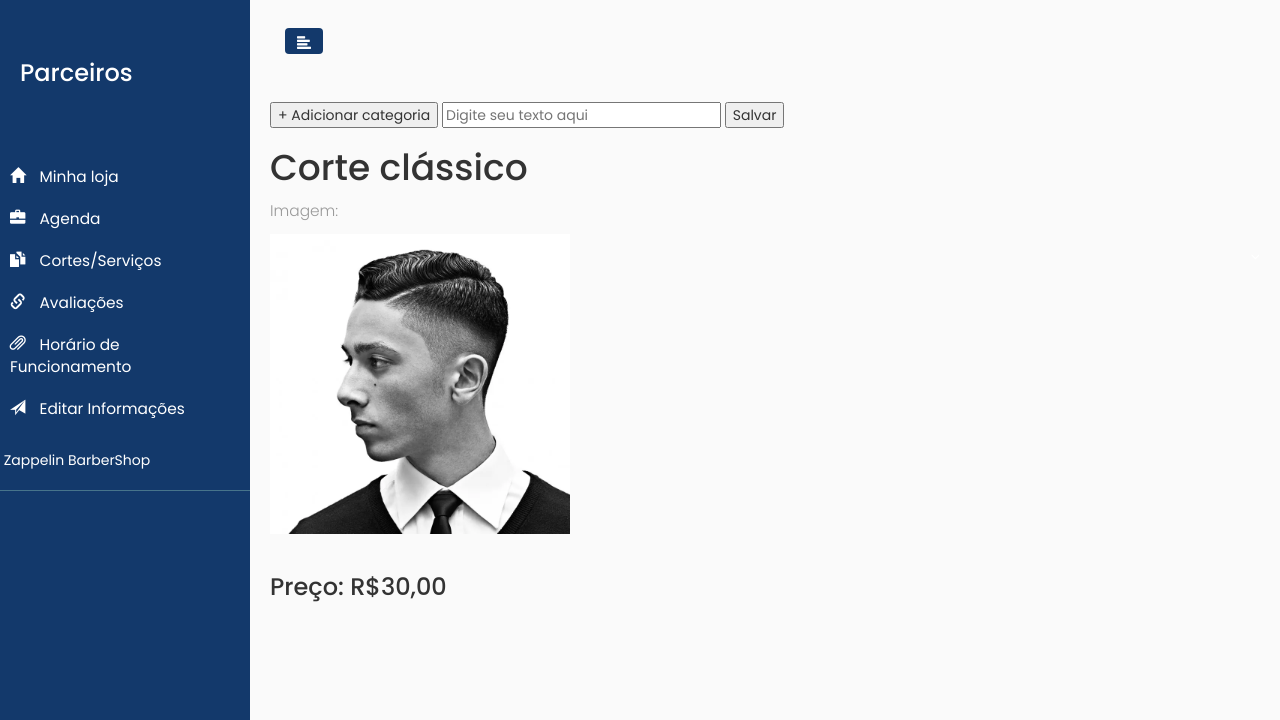
Repository: aquilesascar/barberconnect
Page: http://localhost/corteclassico.php
An editor plug-in stored every save of this project. The page is shown before and after the next save, followed by the edit.
The browser window is 1280 px wide. The pictures show the whole page.
The page is run by PHP 8.4 with error messages shown; the project is at /var/www/html/.

Above is the page before, as saved 2023-10-09 14:38:40.

### corteclassico.php
<!DOCTYPE html>
<html>

<head>
    <meta charset="utf-8">
    <meta name="viewport" content="width=device-width, initial-scale=1.0">
    <meta http-equiv="X-UA-Compatible" content="IE=edge">

    <title>Barra de tarefas</title>

    <!-- Bootstrap CSS CDN -->
    <link rel="stylesheet" href="https://maxcdn.bootstrapcdn.com/bootstrap/3.3.7/css/bootstrap.min.css">
    <!-- Our Custom CSS -->
    <link rel="stylesheet" href="../TCC/assets/css/style4.css">

</head>

<body>
    <div class="wrapper">
        <?php
        //INCLUSÃO DO MENU
        include_once('menu.php');
        ?>
        <!-- Page Content Holder -->
        <div id="content">


            <div class="container-fluid">

                <div class="navbar-header">
                    <button type="button" id="sidebarCollapse" class="btn btn-info navbar-btn">
                        <i class="glyphicon glyphicon-align-left"></i>

                    </button>
                </div>

                <div class="collapse navbar-collapse" id="bs-example-navbar-collapse-1">

                </div>
            </div>
            </nav>
            <br><br>
            <button class="categoria">+ Adicionar categoria</button>






            <input type="text" id="textoInput" placeholder="Digite seu texto aqui">
            <button onclick="salvarTexto()">Salvar</button>
            <div id="textoSalvo"></div>
            <script>
                function salvarTexto() {
                    // Obtém o valor do campo de texto
                    var texto = document.getElementById('textoInput').value;

                    // Exibe o texto na div com id 'textoSalvo'
                    document.getElementById('textoSalvo').textContent = texto;

                    // Limpa o campo de texto após salvar
                    document.getElementById('textoInput').value = '';
                }
            </script>







            <h1>Corte clássico</h1>
            <p>Imagem:</p>
            <img src="../TCC/assets/img/classiccorte.webp" alt="" class="img">
            <style>
                .img {
                    width: 300px;
                    height: auto;
                }
            </style>
            <h3>Preço: R$30,00</h3>

        </div>
    </div>

    <!-- jQuery CDN -->
    <script src="https://code.jquery.com/jquery-1.12.0.min.js"></script>
    <!-- Bootstrap Js CDN -->
    <script src="https://maxcdn.bootstrapcdn.com/bootstrap/3.3.7/js/bootstrap.min.js"></script>

    <script type="text/javascript">
        $(document).ready(function() {
            $('#sidebarCollapse').on('click', function() {
                $('#sidebar').toggleClass('active');
            });
        });
    </script>
</body>

</html>

### menu.php
<nav id="sidebar">
    <div class="sidebar-header">
        <h3>Parceiros</h3>
        <strong>BC</strong>
    </div>

    <ul class="list-unstyled components">
        <li>
            <a href="index4.php">
                <i class="glyphicon glyphicon-home"></i>
                Minha loja
            </a>

        </li>
        <li>
            <a href="agenda.php">
                <i class="glyphicon glyphicon-briefcase"></i>
                Agenda
            </a>

            <a href="corteclassico.php" aria-expanded="false">
                <i class="glyphicon glyphicon-duplicate"></i>
                Cortes/Serviços
            </a>
        </li>
        <li>
            <a href="avaliacoes.php">
                <i class="glyphicon glyphicon-link"></i>
                Avaliações
            </a>
        </li>
        <li>
            <a href="horario.php">
                <i class="glyphicon glyphicon-paperclip"></i>
                Horário de Funcionamento
            </a>
        </li>
        <li>
            <a href="#">
                <i class="glyphicon glyphicon-send"></i>
                Editar Informações
            </a>
        </li>
        <li>
            <a href="#"></a>
            <i class="glyphicon glyphicon-logout"></i>
            Zappelin BarberShop
        </li>
    </ul>

</nav>

### assets/css/style4.css
@import "https://fonts.googleapis.com/css?family=Poppins:300,400,500,600,700";

.form-check form-switch {
    text-align: justify;
}

h2 {
    padding-top: 20px;
}

h3 {
    padding-bottom: 20px;
    padding-top: 20px;
}

#sidebarCollapse {
    display: flex;
    align-items: center;
    justify-content: center;
}

#sidebarCollapse:hover {

    background-color: #05234b;
    color: white;
    align-items: center;
}

#lorem{
    color: #fafafa;
    font-size: 14px;
    user-select: none; /* Evita a seleção de texto */
    cursor: default;   /* Mantém o cursor padrão */
}


.coverImg {
    display: flex;
    justify-content: center;
}

.cover {
    border-radius: 8px;
}

.images {
    padding-bottom: 6% !important;
}

.linha{
    padding-bottom: 3%;
}

.filtros button {
    align-items: center !important;
    justify-content: center;
    border-radius: 25px !important;
    padding: 5px 17px;
    background-color: transparent;
    border-color: #8c8c8c !important;
    color: #8c8c8c;
    font-size: 16px !important;
    margin-right: 20px;
    font-weight: 450;
}

.filtros button:hover {
    background-color: transparent !important;
    /* Remove a mudança de cor de fundo */
    border-color: #6a6a6a !important;
    /* Remove a mudança de cor da borda */
    color: #6a6a6a !important;
    /* Remove a mudança de cor do texto */
}

.btn-primary {
    align-items: center !important;
    justify-content: center;
    border-radius: 5px !important;
    background-color: transparent;
    border-color: #080808 !important;
    color: #8c8c8c;
    font-size: 13px;
    margin-right: 20px;
    font-weight: 450;
}

.btn-primary:hover {
    background-color: transparent !important;
    /* Remove a mudança de cor de fundo */
    border-color: #6a6a6a !important;
    /* Remove a mudança de cor da borda */
    color: #6a6a6a !important;
    /* Remove a mudança de cor do texto */
}

.filtros {
    padding-bottom: 1%;

}

.divForm {
    margin-left: 10%;
    margin-right: 10%;
    border-radius: 6px;
    background-color: white;
    position: relative;
}

.divTable {
    border-radius: 6px;
    background-color: white;
    position: relative;
    box-shadow: 0 4px 8px 0 rgba(0, 0, 0, 0.2);
}

.divTable table {
    width: 100%;
    border-collapse: collapse;
    font-family: Arial, sans-serif;
}

.divTable th {
    background-color: #13396B;
    color: white;
    padding: 10px;
    text-align: center;
}

.divTable td {
    padding: 18px;
    text-align: center;
    border-bottom: 1px solid #ddd;
}

.divTable tr:hover {
    background-color: #f5f5f5;
}

.divTable caption {
    caption-side: top;
    text-align: center;
    font-weight: bold;
}


.barberItem {
    box-sizing: border-box;
    width: calc(100% / 3 - 10px);
    height: 200px;
    display: inline-block;
    position: relative;
    border-radius: 15px; /* Adiciona bordas arredondadas */
    box-shadow: 0 4px 8px 0 rgba(0,0,0,0.2); /* Adiciona sombra */
    transition: transform 0.4s ease, box-shadow 0.2s ease;
    background-color: #ffffff; /* Adiciona cor de fundo */
    padding: 10px 20px;
    margin-right: 6px;
    margin-bottom: 20px; /* Espaçamento entre as linhas */
}

.barberItem:hover {
    border-color: #6a6a6a !important;
    cursor: pointer;
}

.barberItem p {
    padding-left: 15%;
    font-size: 20px !important;
    padding-bottom: 20% !important;
    display: inline-block !important;
}

.barberText {
    margin-left: 85px;
    font-size: 24px;
    align-items: center;
    position: relative;
    top: -78px;
}

.description {
    padding-top: 4%;
}

.itemDescription {
    color: #8c8c8c;
    display: block;
    padding-bottom: 5%;
}

.price {
    padding-top: 5%;
    font-weight: 700;
    font-size: 20px;
}

.infos {
    position: relative;
    top: -1px;
    display: flex;
    justify-content: space-between;
    /* Isso substituirá a necessidade de float: right; */
}

.rightInfo {
    clear: both;
}

.itemName {
    font-size: 20px;
    font-weight: 600;
    position: relative;
}

.bi-star-fill {
    font-size: 16px;

}

.barberInfo {
    padding-top: 5%;
    font-size: 16px;
}

.avaliacao {
    color: rgb(255, 213, 0);
    text-decoration: underline;
    transition: color 0.2s ease;
}

.avaliacao:hover {
    cursor: pointer;
    color: rgb(251, 209, 0);
}

.distancia {
    color: rgba(0, 0, 0, 0.45);
}

.barberText {
    padding-top: 3px;
    font-size: 16px;
}

.barberName {
    font-size: 24px;
    font-weight: 700;
    position: relative;

}

.images img {
    padding-right: 3% !important;
}

body {
    font-family: 'Poppins', sans-serif;
    background: #fafafa;
}

p {
    font-family: 'Poppins', sans-serif;
    font-size: 1.1em;
    font-weight: 300;
    line-height: 1.7em;
    color: #999;
}

a,
a:hover,
a:focus {
    color: inherit;
    text-decoration: none;
    transition: all 0.3s;
}

.navbar {
    padding: 15px 10px;
    background: #fff;
    border: none;
    border-radius: 0;
    margin-bottom: 40px;
    box-shadow: 1px 1px 3px rgba(0, 0, 0, 0.1);
}

.minImg {
    position: absolute;
    right: 0;
    top: 50%;
    transform: translateY(-50%);
    padding-right: 5%;

}


.images img {
    padding-right: 3% !important;
}

.navbar-btn {
    box-shadow: none;
    outline: none !important;
    border: none;
    color: #ffffff;
    background-color: #13396B;
}

.line {
    width: 100%;
    height: 1px;
    border-bottom: 1px dashed #ddd;
    margin: 40px 0;
}

i,
span {
    display: inline-block;
}

/* ---------------------------------------------------
    SIDEBAR STYLE
----------------------------------------------------- */
.wrapper {
    display: flex;
    height: 100%;
    /*align-items: stretch;*/
}

#agenda {
    background-color: #13396B !important;
    color: white;
    cursor: default;
}

#thData:hover {
    cursor: pointer;
}

#sidebar {
    min-width: 250px;
    max-width: 250px;
    background: #13396B;
    color: #ffffff;
    transition: all 0.3s;
}

#sidebar.active {
    min-width: 80px;
    max-width: 80px;
    text-align: center;
}

#sidebar.active .sidebar-header h3,
#sidebar.active .CTAs {
    display: none;
}

#sidebar.active .sidebar-header strong {
    display: block;
}

#sidebar ul li a {
    text-align: left;
}

#sidebar.active ul li a {
    padding: 20px 10px;
    text-align: center;
    font-size: 0.85em;
}

#sidebar.active ul li a i {
    margin-right: 0;
    display: block;
    font-size: 1.8em;
    margin-bottom: 5px;
}

#sidebar.active ul ul a {
    padding: 10px !important;
}

#sidebar.active a[aria-expanded="false"]::before,
#sidebar.active a[aria-expanded="true"]::before {
    top: auto;
    bottom: 5px;
    right: 50%;
    -webkit-transform: translateX(50%);
    -ms-transform: translateX(50%);
    transform: translateX(50%);
}

#sidebar .sidebar-header {
    padding: 20px;
    background: #13396B;
}

#sidebar .sidebar-header strong {
    display: none;
    font-size: 1.8em;
}

#sidebar ul.components {
    padding: 20px 0;
    border-bottom: 1px solid #47748b;
}

#sidebar ul li a {
    padding: 10px;
    font-size: 1.1em;
    display: block;
}

#sidebar ul li a:hover {
    color: #13396B;
    background: #fff;
}

#sidebar ul li a i {
    margin-right: 10px;
}

#sidebar ul li.active>a,
a[aria-expanded="true"] {
    color: #fff;
    background: #13396B;
}


a[data-toggle="collapse"] {
    position: relative;
}

a[aria-expanded="false"]::before,
a[aria-expanded="true"]::before {
    content: '\e259';
    display: block;
    position: absolute;
    right: 20px;
    font-family: 'Glyphicons Halflings';
    font-size: 0.6em;
}

a[aria-expanded="true"]::before {
    content: '\e260';
}


ul ul a {
    font-size: 0.9em !important;
    padding-left: 30px !important;
    background: #13396B;
}

ul.CTAs {
    padding: 20px;
}

ul.CTAs a {
    text-align: center;
    font-size: 0.9em !important;
    display: block;
    border-radius: 5px;
    margin-bottom: 5px;
}

a.download {
    background: #13396B;
    color: #13396B;
}

a.article,
a.article:hover {
    background: #13396B !important;
    color: #fff !important;
}

#imgCorte {
    width: 100px;
}

/* ---------------------------------------------------
    CONTENT STYLE
----------------------------------------------------- */
#content {
    padding: 20px;
    min-height: 100vh;
    transition: all 0.3s;
}


/* ---------------------------------------------------
    MEDIAQUERIES
----------------------------------------------------- */
@media (max-width: 768px) {
    #sidebar {
        min-width: 80px;
        max-width: 80px;
        text-align: center;
        margin-left: -80px !important;
    }

    a[aria-expanded="false"]::before,
    a[aria-expanded="true"]::before {
        top: auto;
        bottom: 5px;
        right: 50%;
        -webkit-transform: translateX(50%);
        -ms-transform: translateX(50%);
        transform: translateX(50%);
    }

    #sidebar.active {
        margin-left: 0 !important;
    }

    #sidebar .sidebar-header h3,
    #sidebar .CTAs {
        display: none;
    }

    #sidebar .sidebar-header strong {
        display: block;
    }

    #sidebar ul li a {
        padding: 20px 10px;
    }

    #sidebar ul li a span {
        font-size: 0.85em;
    }

    #sidebar ul li a i {
        margin-right: 0;
        display: block;
    }

    #sidebar ul ul a {
        padding: 10px !important;
    }

    #sidebar ul li a i {
        font-size: 1.3em;
    }

    #sidebar {
        margin-left: 0;
    }

    #sidebarCollapse span {
        display: none;
    }
}

After the next save:
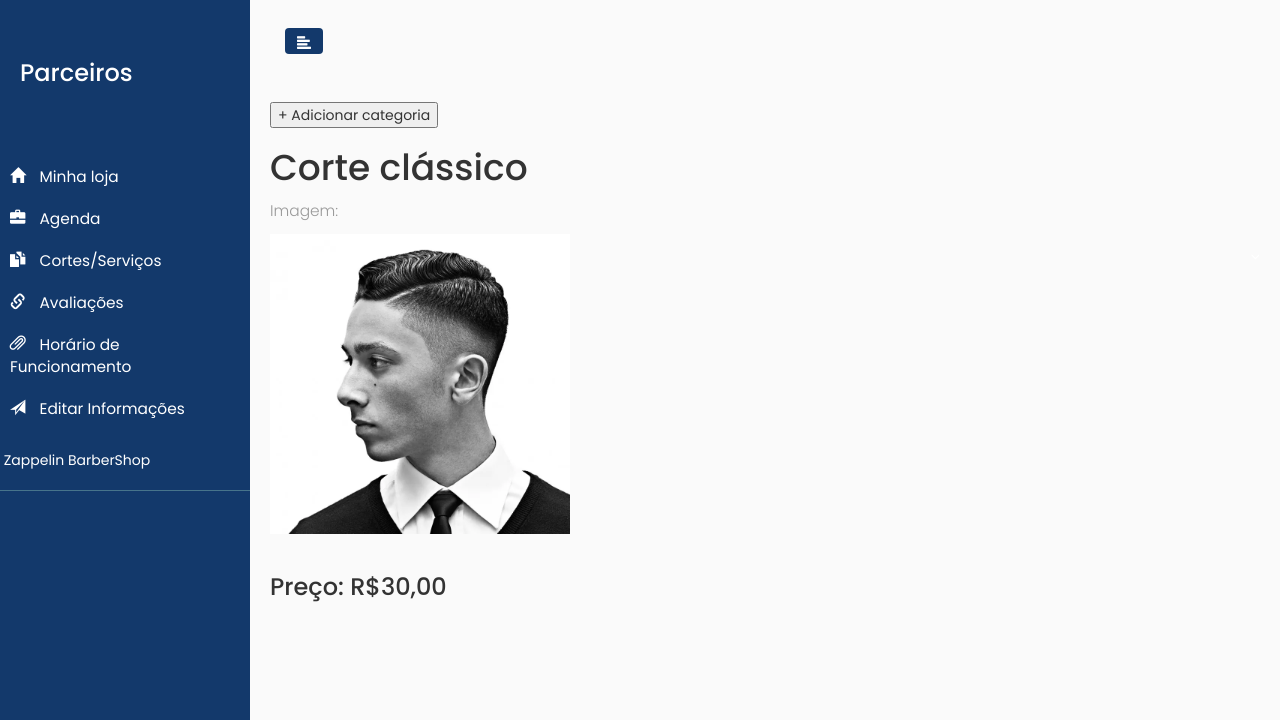
Saved 2 min 27 s later.
--- a/corteclassico.php
+++ b/corteclassico.php
@@ -47,21 +47,7 @@
 
 
 
-            <input type="text" id="textoInput" placeholder="Digite seu texto aqui">
-            <button onclick="salvarTexto()">Salvar</button>
-            <div id="textoSalvo"></div>
-            <script>
-                function salvarTexto() {
-                    // Obtém o valor do campo de texto
-                    var texto = document.getElementById('textoInput').value;
 
-                    // Exibe o texto na div com id 'textoSalvo'
-                    document.getElementById('textoSalvo').textContent = texto;
-
-                    // Limpa o campo de texto após salvar
-                    document.getElementById('textoInput').value = '';
-                }
-            </script>
 
 
 
